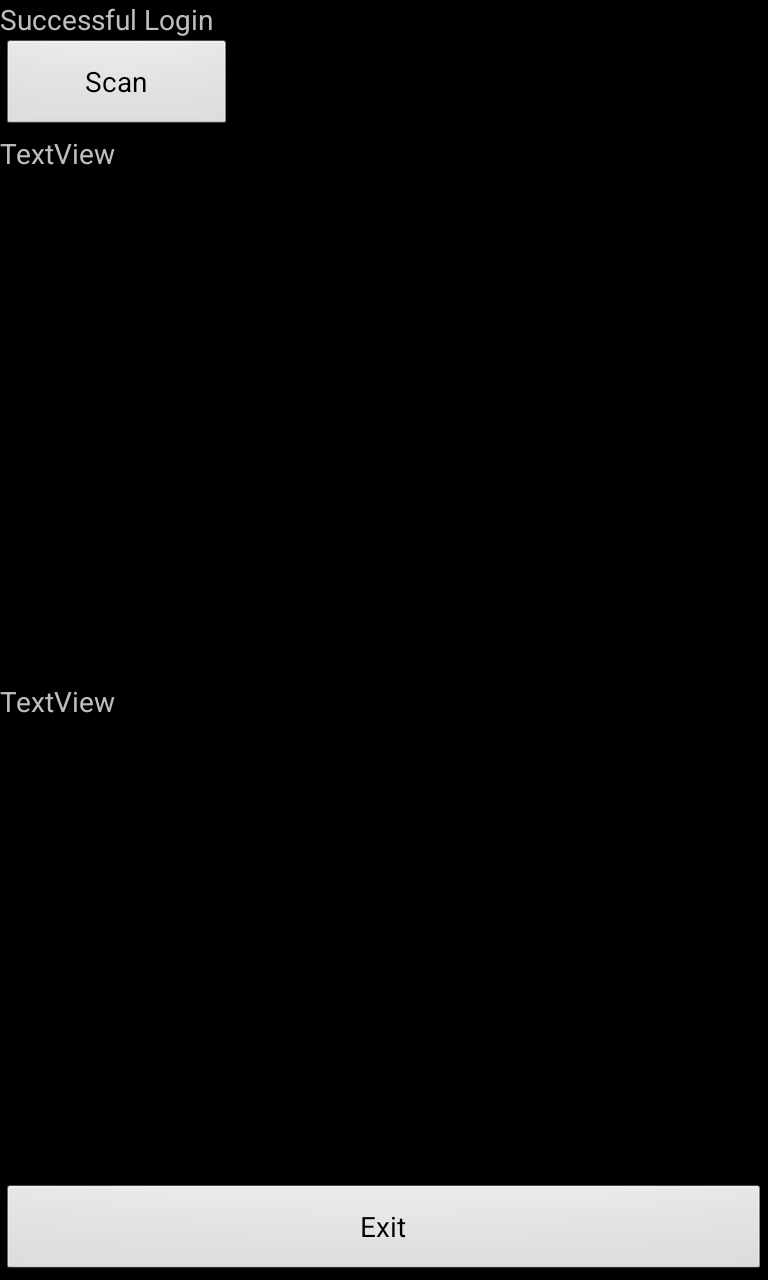
Repository: osotsi/LCNWAWifiLocator
Layout: login/res/layout/success.xml
These files come from the project's save history. The layout is drawn as it stood at one moment and after the next save; the edit follows.
It is drawn on a 768 x 1280 px phone screen (xhdpi) without system bars, with theme android:Theme; the app's code is not run.

Above is the layout before, as saved 2014-05-01 01:37:08.

### login/res/layout/success.xml
<?xml version="1.0" encoding="utf-8"?>
<LinearLayout xmlns:android="http://schemas.android.com/apk/res/android"
    android:layout_width="fill_parent"
    android:layout_height="fill_parent"
    android:orientation="vertical" >

    <TextView
        android:layout_width="fill_parent"
        android:layout_height="wrap_content"
        android:text="Successful Login" />

    <Button
        android:id="@+id/scan"
        android:layout_width="117dp"
        android:layout_height="wrap_content"
        android:text="Scan" />

    <LinearLayout
        android:layout_width="match_parent"
        android:layout_height="wrap_content"
        android:layout_weight="0.22" >

        <TextView
            android:id="@+id/textView1"
            android:layout_width="match_parent"
            android:layout_height="wrap_content"
            android:layout_weight="0.23"
            android:text="TextView" />

    </LinearLayout>

    <TextView
        android:id="@+id/TextView01"
        android:layout_width="match_parent"
        android:layout_height="wrap_content"
        android:layout_weight="0.20"
        android:text="TextView" />

    <Button
        android:id="@+id/exit"
        android:layout_width="fill_parent"
        android:layout_height="wrap_content"
        android:text="Exit" />

</LinearLayout>

After the next save:
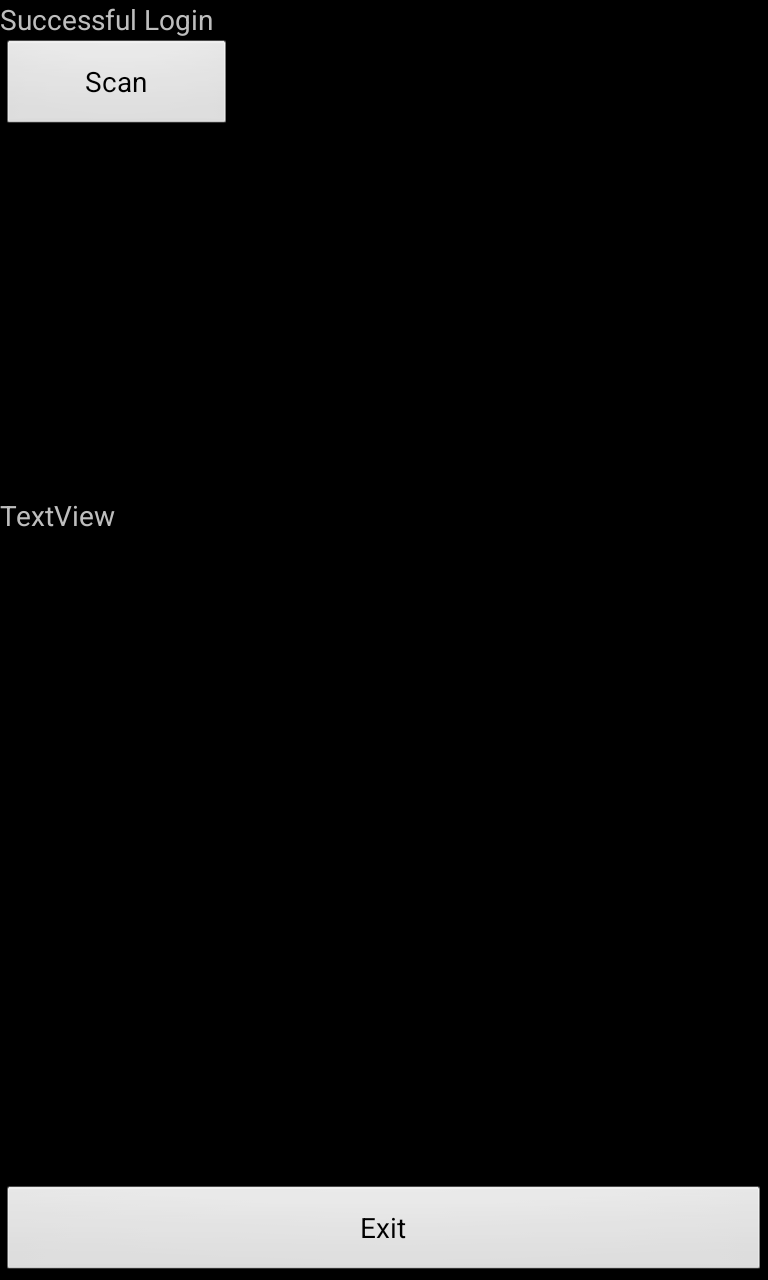
Saved 113 s later.
--- a/login/res/layout/success.xml
+++ b/login/res/layout/success.xml
@@ -15,25 +15,17 @@
         android:layout_height="wrap_content"
         android:text="Scan" />
 
-    <LinearLayout
+    <TextView
+        android:id="@+id/wifiStre"
         android:layout_width="match_parent"
         android:layout_height="wrap_content"
-        android:layout_weight="0.22" >
-
-        <TextView
-            android:id="@+id/textView1"
-            android:layout_width="match_parent"
-            android:layout_height="wrap_content"
-            android:layout_weight="0.23"
-            android:text="TextView" />
-
-    </LinearLayout>
+        android:layout_weight="0.24" />
 
     <TextView
-        android:id="@+id/TextView01"
-        android:layout_width="match_parent"
+        android:id="@+id/textView1"
+        android:layout_width="346dp"
         android:layout_height="wrap_content"
-        android:layout_weight="0.20"
+        android:layout_weight="0.48"
         android:text="TextView" />
 
     <Button
